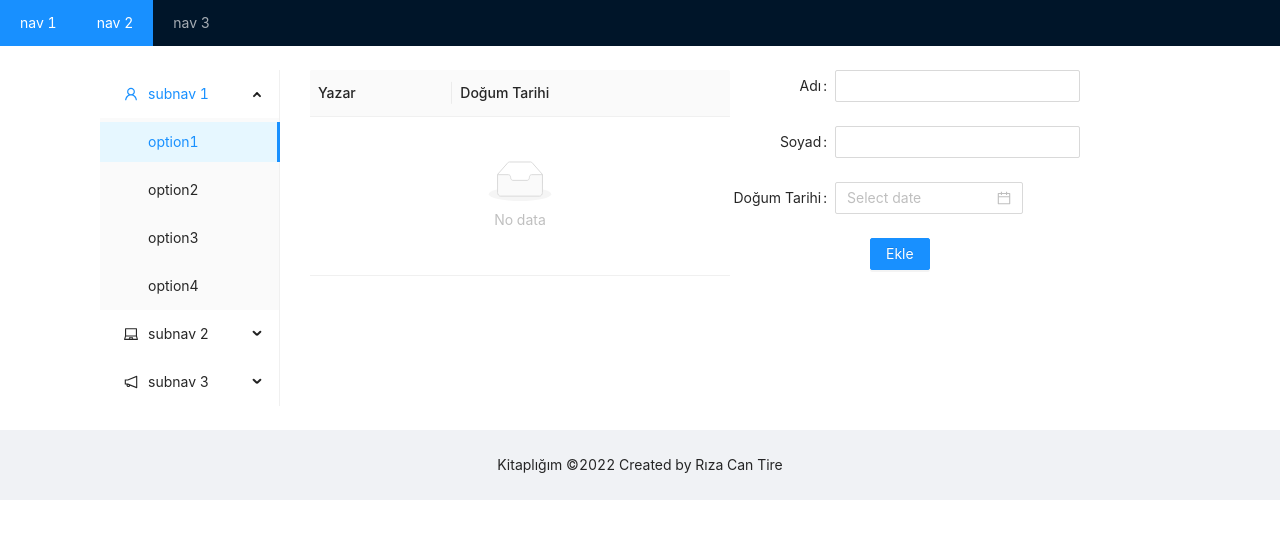
Repository: rizacantire/dotNetCoreWorks
Page: /yazar (app in 1-PersonelLibrary/client/personel-library/)
The author's editor kept a copy of each file at every save. The page is drawn from the files as they stood at one save, then again after the next save.
The browser window is 1280 px wide. The pictures show the whole page.
The page's requests for data from a server got no answer. The project was rebuilt for these pictures with package versions that can differ from the ones it lists, and the page was loaded fresh each time. No one was signed in, and anything a server would have sent is missing. Also part of the build but not shown: 1-PersonelLibrary/client/personel-library/src/index.css.

Above is the page before, as saved 2022-03-13 22:17:45.

After the next save:
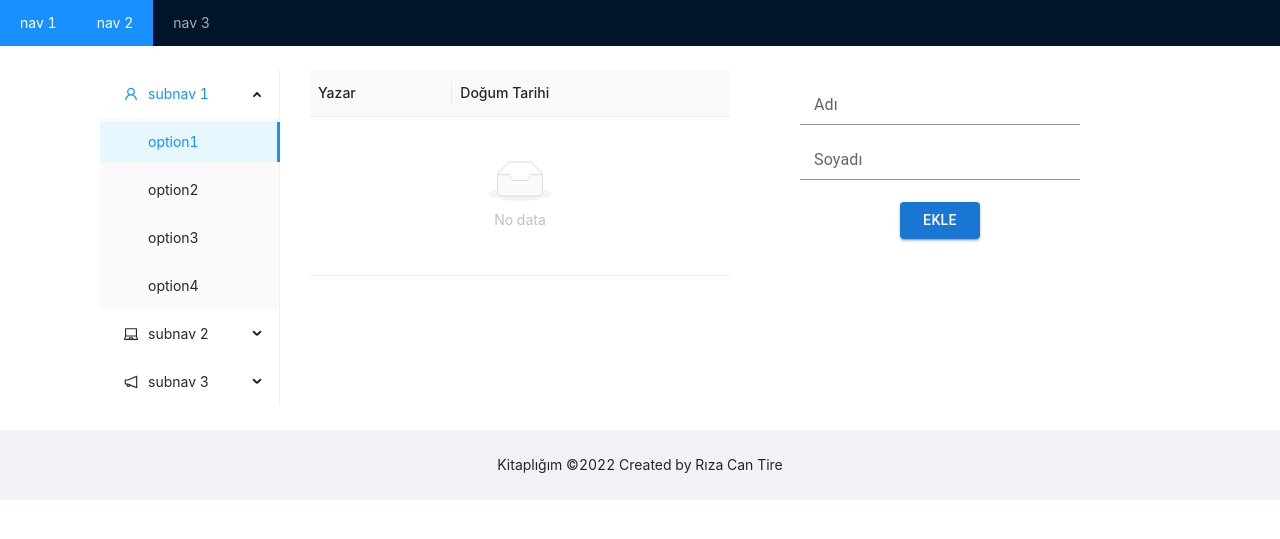
Saved 72 s later.
--- a/1-PersonelLibrary/client/personel-library/src/components/pages/Authors/AuthorAdd.jsx
+++ b/1-PersonelLibrary/client/personel-library/src/components/pages/Authors/AuthorAdd.jsx
@@ -1,47 +1,38 @@
 import React, {  useState } from "react";
 import { useSelector, useDispatch } from "react-redux";
 import {addAuthorAsync} from "../../../redux/reducers/authorSlice"
-import { Form, Input, Button, DatePicker } from "antd";
+import { FormGroup, FormControl, InputLabel, Input,Button } from "@mui/material";
 
 export default function AuthorAdd() {
-    const dispatch = useDispatch();
-    const [form] = Form.useForm();
+  const dispatch = useDispatch();
+  const [firstName, setFirstName] = useState("");
+  const [lastName, setLastName] = useState("");
 
-  const handleSubmit  = async(values) => {
+  const handleSubmit = async () => {
+    //e.preventDefault()
+    let commentator = { firstName: firstName, lastName: lastName };
     if(window.confirm("Ekleme gerçekleştirilsin mi?")){
-        //await dispatch(addAuthorAsync(values));
-        form.resetFields();
+        await dispatch(addAuthorAsync(commentator));
+        setFirstName("")
+        setLastName("")
     }
-  };
-  const ekle  = async(values) => {
-
-        console.log(values)
-
-  };
-
-  const onFinishFailed = (errorInfo) => {
-    console.log("Failed:", errorInfo);
   };
   return (
     <div style={{margin:"auto"}}>
-      <Form  form={form} name="basic" labelCol={{ span: 6 }} wrapperCol={{ span: 14 }} onFinish={handleSubmit }
-        onFinishFailed={onFinishFailed} autoComplete="off">
-        <Form.Item  name="firstName" label="Adı"  >
-          <Input />
-        </Form.Item>
+      <FormGroup sx={{margin:"0em 5em"}}>
+        <FormControl sx={{margin:"0.5em 0"}}>
+          <InputLabel htmlFor="firstName">Adı</InputLabel>
+          <Input value={firstName} onChange={(e)=>setFirstName(e.target.value)} id="firstName" />
+        </FormControl>
+        <FormControl>
+          <InputLabel htmlFor="lastName">Soyadı</InputLabel>
+          <Input value={lastName} onChange={(e)=>setLastName(e.target.value)} id="lastName" />
+        </FormControl>
+        <br />
+        <Button sx={{width:"80px",margin:"auto"}} variant="contained" onClick={()=>handleSubmit()}
 
-        <Form.Item name="lastName"  label="Soyad" >
-          <Input/>
-        </Form.Item>
-        <Form.Item name="birthDate" label="Doğum Tarihi">
-        <DatePicker />
-      </Form.Item>
-        <Form.Item  wrapperCol={{offset: 8,span: 16,}}>
-          <Button  onClick={(values)=>ekle(values) } type="primary" htmlType="submit">
-            Ekle
-          </Button>
-        </Form.Item>
-      </Form>
+        >Ekle</Button>
+      </FormGroup>
     </div>
   );
 }
